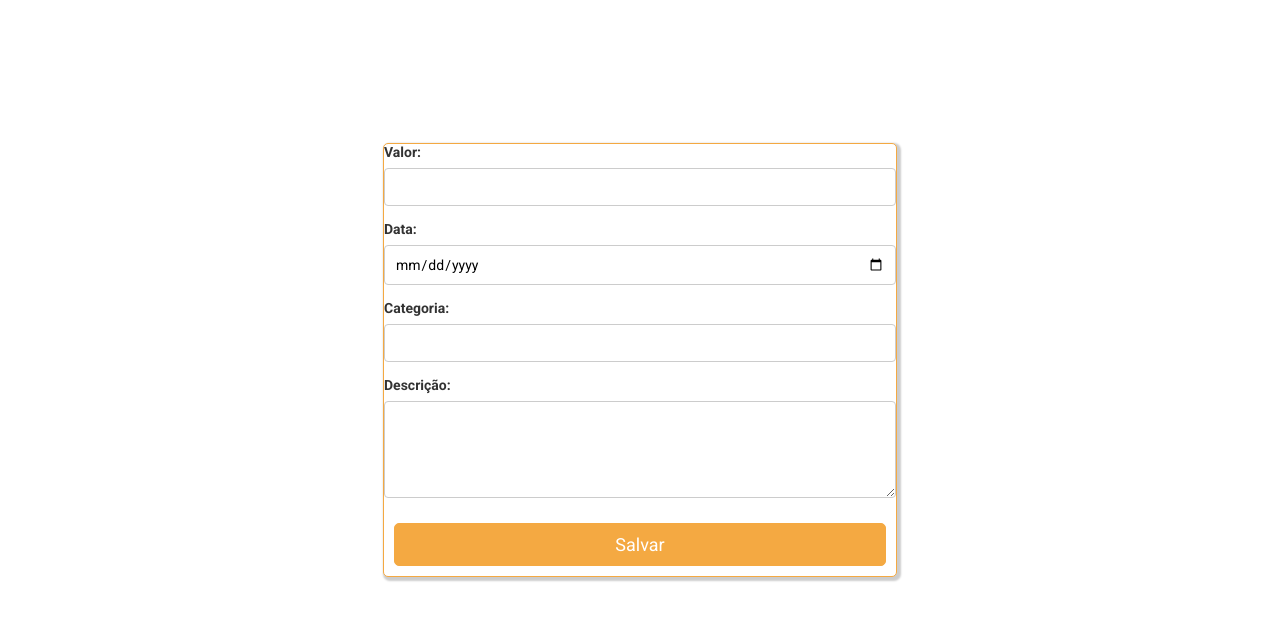
Repository: alexsanderkafka/java-servlets
Page: http://localhost/SaveMoney/cadastrarDespesa.jsp
An editor plug-in stored every save of this project. The page is shown before and after the next save, followed by the edit.
The browser window is 1280 px wide. The pictures show the whole page.
The page is served by Tomcat 9. Nobody is signed in. The application's start-up code is not run. Other server files are loaded and not shown.

Above is the page before, as saved 2024-10-03 12:45:17.

### SaveMoney/src/main/webapp/cadastrarDespesa.jsp
<%@ page language="java" contentType="text/html; charset=UTF-8"
    pageEncoding="UTF-8"%>
<!DOCTYPE html>
<html>
<head>
	<meta charset="UTF-8">
	<title>Insert title here</title>
	<link rel="stylesheet" href="styles/style.css">
</head>
<body>

	<div class="container-initial">
        <div class="box-register">
        	<div class="fields">
        		<label>Valor: </label>
        		<input type="number">
        	</div>

        	<div class="fields">
        		<label>Data: </label>
        		<input type="date">
        	</div>

        	<div class="fields">
        		<label>Categoria: </label>
        		<input type="text">
        	</div>

        	<label>Descrição: </label>
        	<textarea rows="5" cols="2"></textarea>
        	<button class="button-page-index">Salvar</button>
        </div>
    </div>

</body>
</html>

### SaveMoney/src/main/webapp/styles/style.css
@import url('https://fonts.googleapis.com/css2?family=Roboto:ital,wght@0,100;0,300;0,400;0,500;0,700;0,900;1,100;1,300;1,400;1,500;1,700;1,900&display=swap');

html, body, div, span, applet, object, iframe,
h1, h2, h3, h4, h5, h6, p, blockquote, pre,
a, abbr, acronym, address, big, cite, code,
del, dfn, em, img, ins, kbd, q, s, samp,
small, strike, strong, sub, sup, tt, var,
b, u, i, center,
dl, dt, dd, ol, ul, li,
fieldset, form, label, legend,
table, caption, tbody, tfoot, thead, tr, th, td,
article, aside, canvas, details, embed,
figure, figcaption, footer, header, hgroup,
menu, nav, output, ruby, section, summary,
time, mark, audio, video {
    margin: 0;
    padding: 0;
    border: 0;
    font-size: 100%;
    font: inherit;
    vertical-align: baseline;
}

/*CSS INDEX*/

.container-initial {
    width: 100vw;
    height: 100vh;
    display: flex;
    flex-direction: column;
    justify-content: center;
    align-items: center;
}

.container-initial h1{
    font-size: 64px;
    font-family: "Roboto", system-ui;
    font-weight: 600;
    text-decoration: underline;
    text-decoration-color: #F4A942;
    margin-bottom: 25px;
}

.box-menu {
    width: 300px;
    height: 300px;
    background: white;
    border: 1px solid #F4A942;
    border-radius: 5px;
    display: flex;
    flex-direction: column;
    justify-content: center;
    box-shadow: 2px 2px 2px 2px rgba(0, 0, 0, 0.2);
}


.button-page-index{
	margin: 10px;
	padding: 10px;
	border: 1px solid #F4A942;
	background: #F4A942;
	border-radius: 5px;
	color: white;
	font-weight: 400;
	font-family: "Roboto", system-ui;
	font-size: 18px;
	transition: background-color 0.5s ease;
}

.button-page-index:hover{
	background-color: #f7b64e;
}

/*CSS PAGINA CADASTRO DE DESPESA*/
.container-initial {
    font-family: 'Roboto', sans-serif;
}

.box-register {
    width: 40%;
    height: 60%;
    background: white;
    border: 1px solid #F4A942;
    border-radius: 5px;

    display: flex;
    flex-direction: column;
    /*
    justify-content: center;*/
    box-shadow: 2px 2px 2px 2px rgba(0, 0, 0, 0.2);
}

.container-initial label {
    display: block;
    margin-bottom: 8px;
    font-weight: bold;
    font-size: 14px;
    color: #333;
}

.container-initial input,
.container-initial textarea {
    width: 100%;
    padding: 10px;
    margin-bottom: 15px;
    border: 1px solid #ccc;
    border-radius: 4px;
    box-sizing: border-box;
    font-family: 'Roboto', sans-serif;
    font-size: 14px;
}

.container-initial textarea {
    resize: vertical;
}

After the next save:
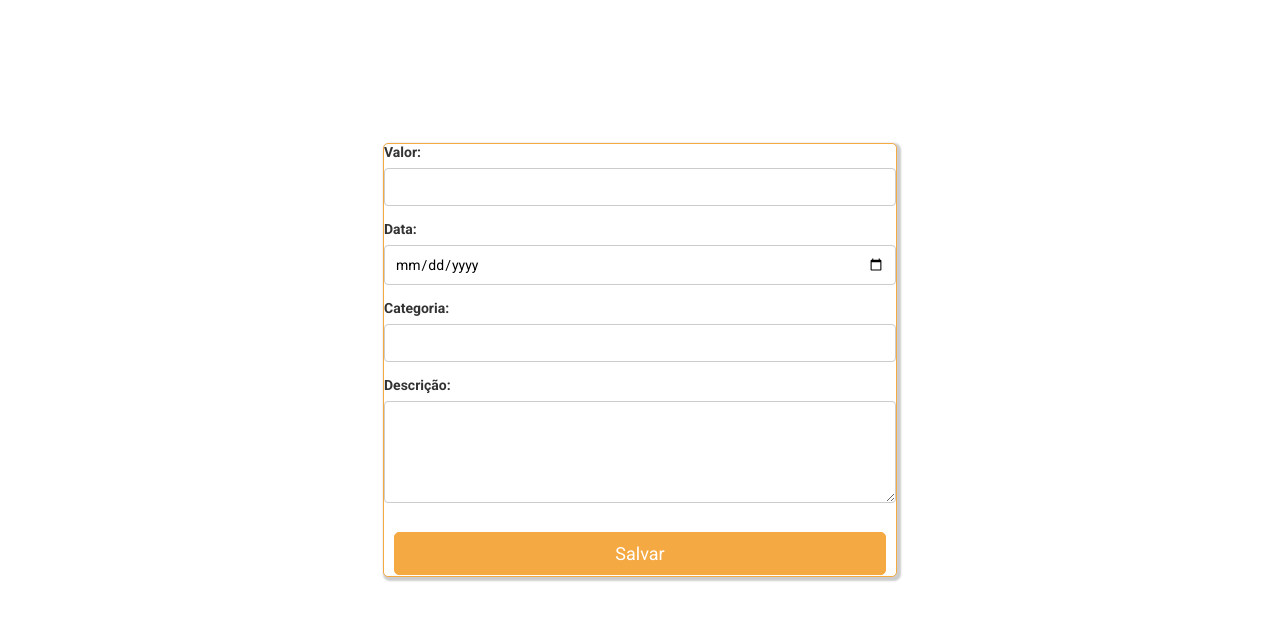
Saved 26 s later.
--- a/SaveMoney/src/main/webapp/cadastrarDespesa.jsp
+++ b/SaveMoney/src/main/webapp/cadastrarDespesa.jsp
@@ -26,8 +26,11 @@
         		<input type="text">
         	</div>
 
-        	<label>Descrição: </label>
-        	<textarea rows="5" cols="2"></textarea>
+        	<div class="fields">
+        		<label>Descrição: </label>
+        		<textarea rows="5" cols="2"></textarea>
+        	</div>
+
         	<button class="button-page-index">Salvar</button>
         </div>
     </div>
